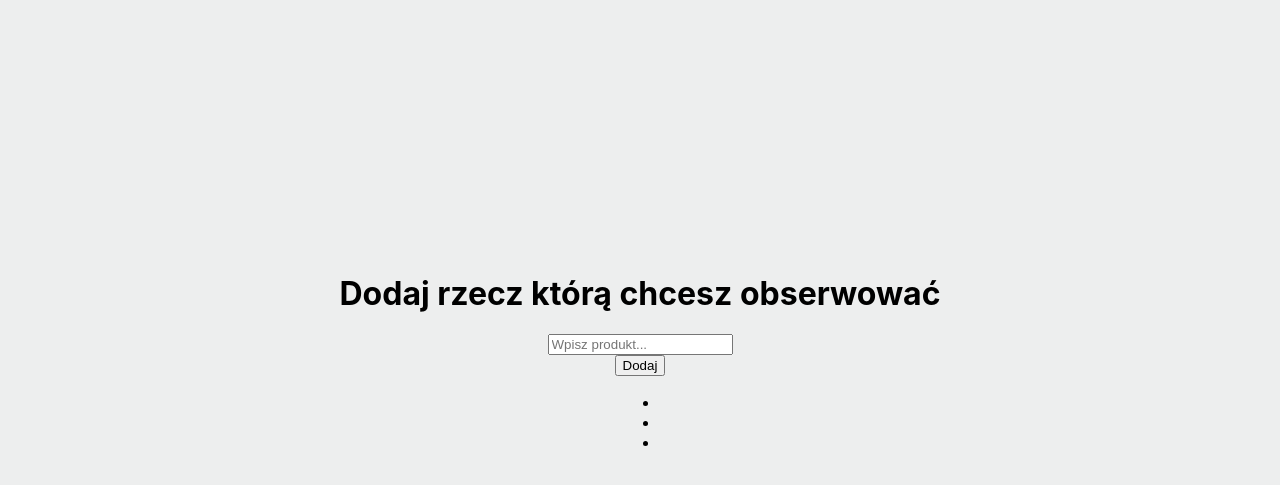
Repository: matedoo/crawler
Page: /MainApp
These files come from the project's save history. The page is drawn as it stood at one moment and after the next save; the edit follows.
The browser window is 1280 px wide. The pictures show the whole page.
The project was rebuilt for these pictures with package versions that can differ from the ones it lists, and the page was loaded fresh each time. Requests to the local data server were answered from the project's data file. Also part of the build but not shown: src/Components/button.js, src/Components/LoginComponents/LoginApp.js, src/Components/LoginComponents/RegisterApp.js, src/Components/btnContainer.js, src/Components/heading.js, src/Components/LoginComponents/StartApp.js, src/Components/MainApp/MainAppElement.js.

Above is the page before, as saved 2020-04-26 20:23:46.

After the next save:
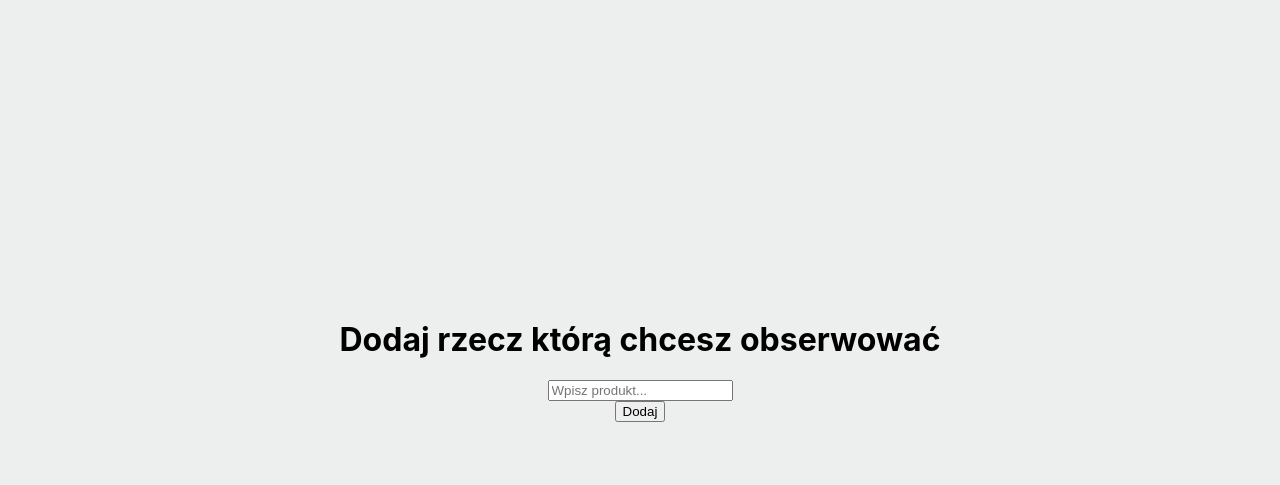
Saved 58 s later.
--- a/src/Components/MainApp/MainApp.js
+++ b/src/Components/MainApp/MainApp.js
@@ -8,7 +8,7 @@ import MainAppElement from './MainAppElement'
 function MainApp(props) {
   const [elementsListState, setElementsListState] = useState({ elementsList: [], inputValue: '', error: ''})
 
-  const [fetchedData, setFetchedData] = useState({})
+  const [fetchedData, setFetchedData] = useState(null)
   const [dataError, setDataError] = useState(null)
   const [apiItems, setApiItems] = useState('items')
   const [isLoading, setIsLoading] = useState(true)
@@ -98,13 +98,6 @@ function MainApp(props) {
         />
         <button onClick={handleButtonClick}>Dodaj</button>
         {!!error && <p>{error}</p>}
-        <div>
-          <ul>
-            {
-              Object.keys(fetchedData).map(items => <li title={items.title} key={items.id}>{items.title}</li>)
-            }
-          </ul>
-        </div>
       </LoginAppStyled>
     );
 
